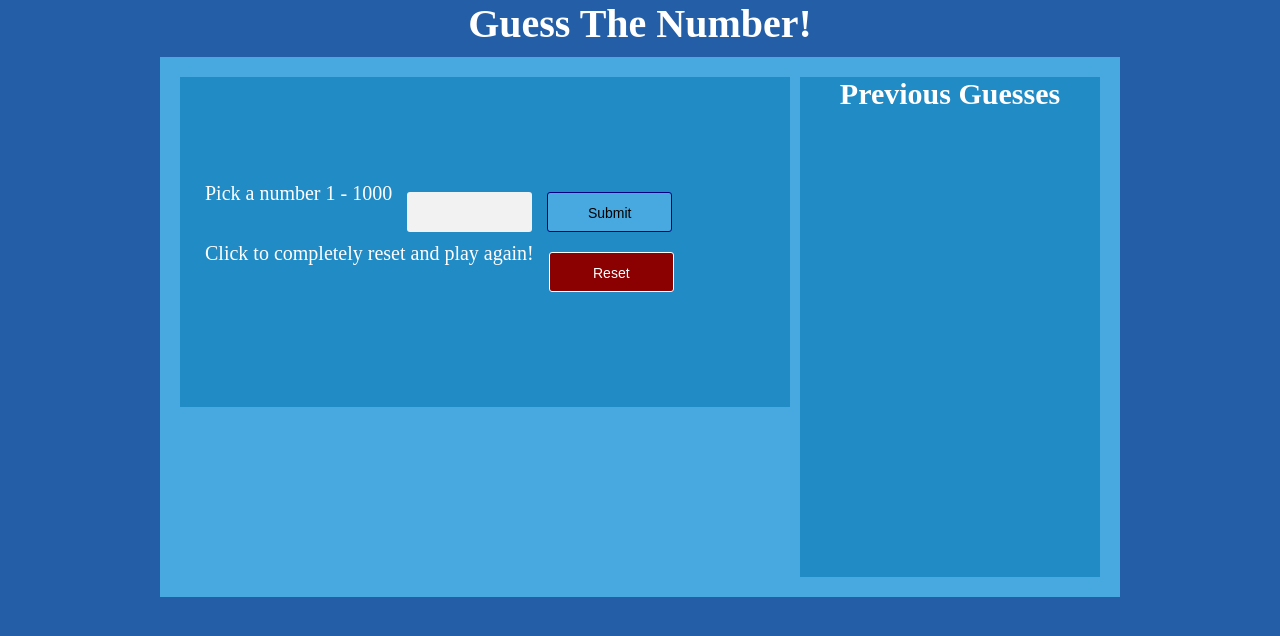
Repository: mlmEFSC21/P15-Modified-Guessing-Game
Page: guess.html
An editor plug-in stored every save of this project. The page is shown before and after the next save, followed by the edit.
The browser window is 1280 px wide. The pictures show the whole page.

Above is the page before, as saved 2022-03-21 20:55:07.

After the next save:
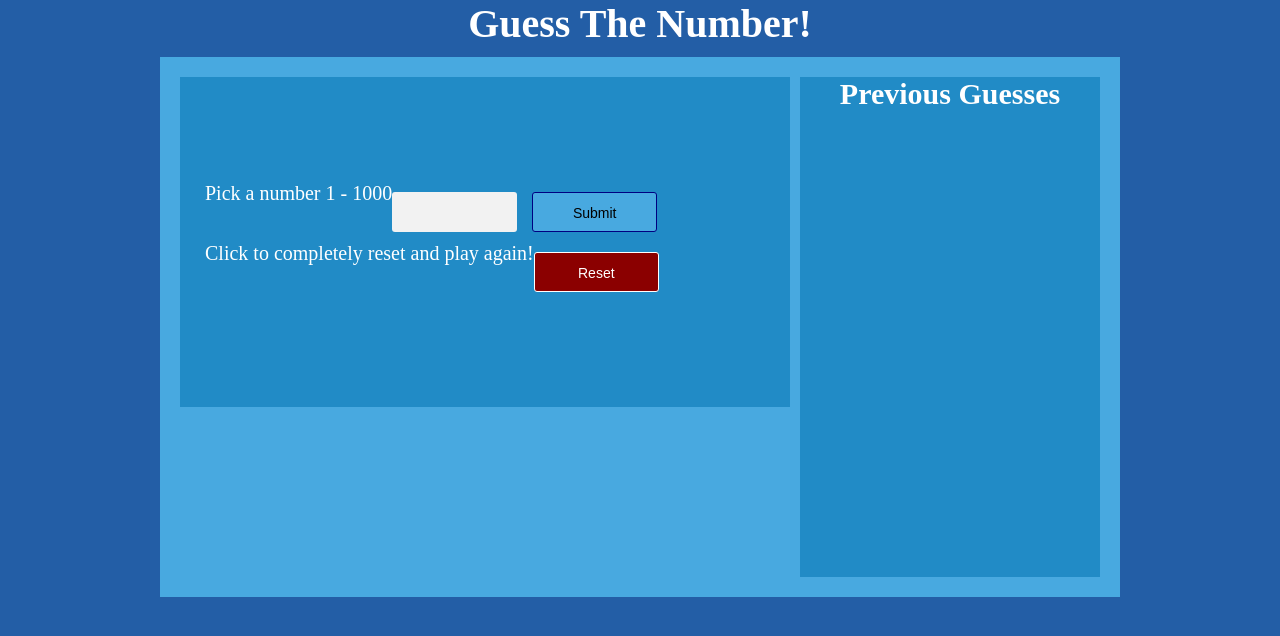
Saved 10 s later.
--- a/guess.css
+++ b/guess.css
@@ -54,7 +54,7 @@ button {
     flex-wrap: wrap;
 }
 label {
-    margin-right: 15px;
+    /* margin-right: 15px; */
 }
 input {
     border: none;
